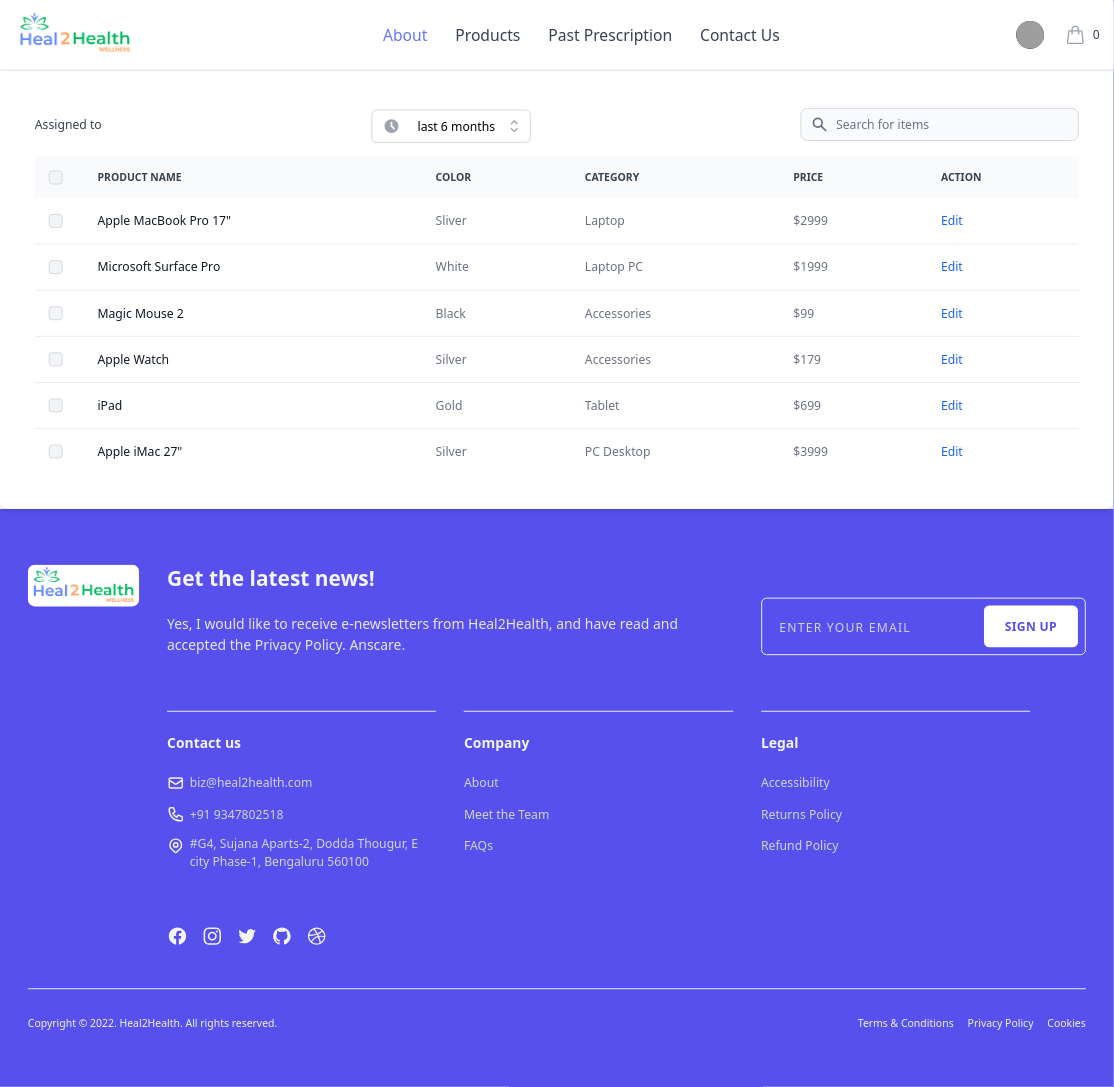
Repository: Akash123-coder/H2H
Page: /PastPrescription (app in Frontend/)
These files come from the project's save history. The page is drawn as it stood at one moment and after the next save; the edit follows.
The browser window is 1280 px wide. The pictures show the whole page, at 87% of full size.
Pictures or frames that could not be fetched are drawn as grey boxes. The project was rebuilt for these pictures with package versions that can differ from the ones it lists, and the page was loaded fresh each time. Also part of the build but not shown: Frontend/vite.config.ts, Frontend/src/pages/About.tsx, Frontend/src/components/Cta.jsx, Frontend/src/pages/Home.jsx, Frontend/src/components/Buttonsm.tsx, Frontend/src/components/Buttonrm.tsx, Frontend/src/components/Product.tsx, Frontend/src/pages/Prescription.jsx and 2 more.

Above is the page before, as saved 2022-09-28 17:12:15.

After the next save:
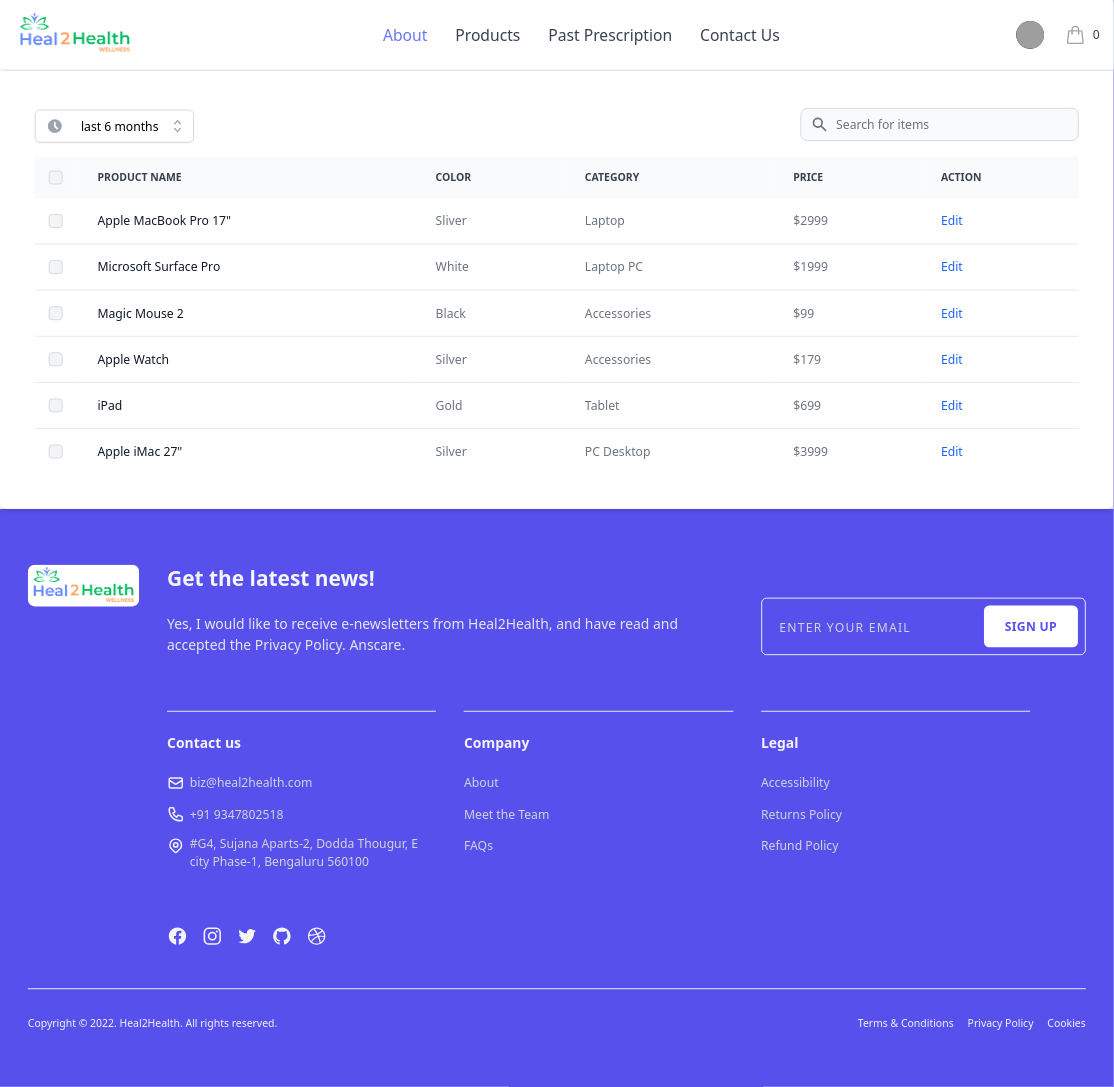
Saved 27 s later.
--- a/Frontend/src/components/Select.jsx
+++ b/Frontend/src/components/Select.jsx
@@ -39,10 +39,7 @@
     <Listbox value={selected} onChange={setSelected}>
       {({ open }) => (
         <>
-          <Listbox.Label className="block text-sm font-medium text-gray-700">
-            Assigned to
-          </Listbox.Label>
-          <div className=" block relative mt-1">
+          <div className="relative mt-1">
             <Listbox.Button className="relative w-full cursor-default rounded-md border border-gray-300 bg-white py-2 pl-3 pr-10 text-left shadow-sm focus:border-indigo-500 focus:outline-none focus:ring-1 focus:ring-indigo-500 sm:text-sm">
               <span className="flex items-center">
                 <svg
